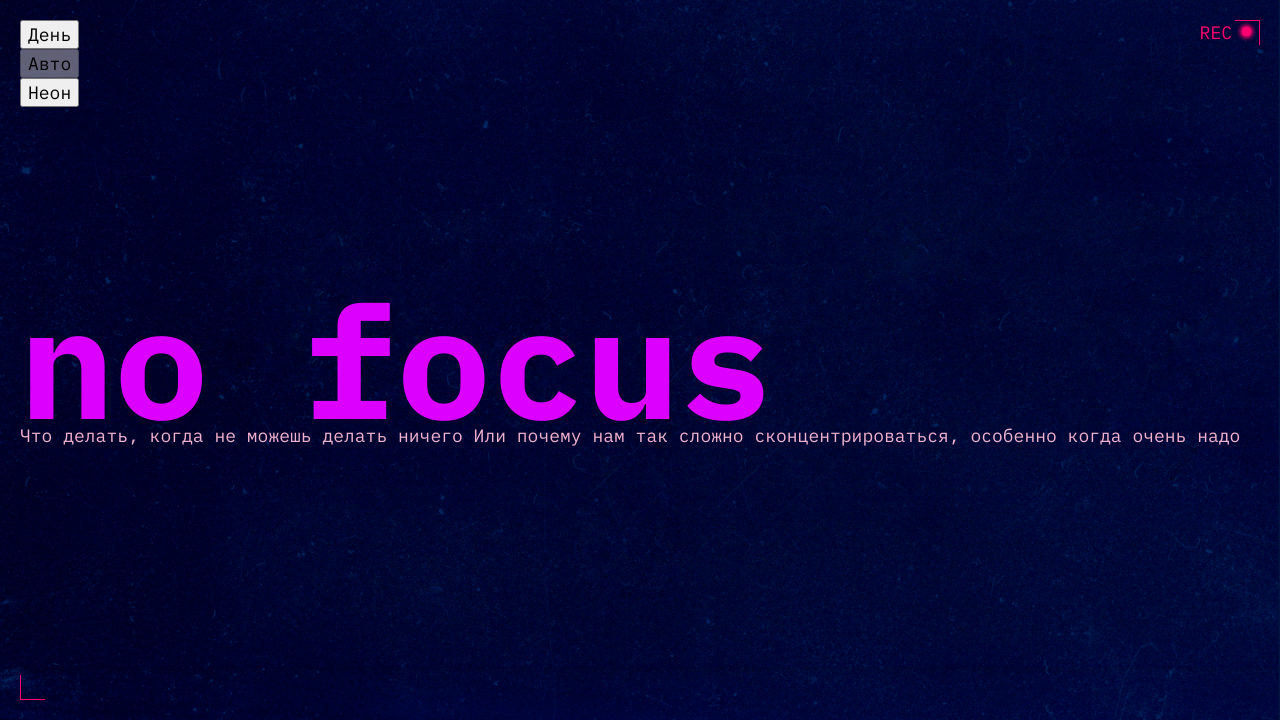
Repository: Hadoooouken/slozhno-sosredotochitsya
Page: index.html
The author's editor kept a copy of each file at every save. The page is drawn from the files as they stood at one save, then again after the next save.
The browser window is 1280 px wide. The pictures show the whole page.

Above is the page before, as saved 2024-01-20 01:15:53.

### index.html
<!DOCTYPE html>
<html lang="ru">
  <head>
    <meta charset="UTF-8" />
    <meta http-equiv="X-UA-Compatible" content="IE=edge" />
    <meta name="viewport" content="width=device-width, initial-scale=1.0" />
    <meta name="color-scheme" content="dark light">
    <link rel="icon" href="images/favicon.svg" sizes="any" />
    <link rel="stylesheet" href="fonts/fonts.css" />
    <link rel="stylesheet" href="styles/globals.css" />
    <link rel="stylesheet" href="./styles/variables.css" />
    <link rel="stylesheet" href="scripts/script.js" />
    <link rel="stylesheet" href="./styles/style.css" />
    <link rel="stylesheet" href="./styles/dark.css" />
    <link rel="stylesheet" href="./styles/light.css" />
    <title>Сложно сосредоточиться</title>
  </head>
  <body class="page">
    <header class="header decorated-zone">
      <div class="decoration__element" aria-hidden="true"></div>
      <nav class="header__theme-menu">
        <ul class="header__theme-menu-list">
          <li class="header__theme-menu-item">
            <button
              class="header__theme-menu-button header__theme-menu-button_type_light"
            >
              День
            </button>
          </li>
          <li class="header__theme-menu-item">
            <button
              class="header__theme-menu-button header__theme-menu-button_active header__theme-menu-button_type_auto"
              disabled
            >
              Авто
            </button>
          </li>
          <li class="header__theme-menu-item">
            <button
              class="header__theme-menu-button header__theme-menu-button_type_dark"
            >
              Неон
            </button>
          </li>
        </ul>
      </nav>
      <h1 class="header__title">no focus</h1>
    <p class="header__text">Что делать, когда не можешь делать ничего Или почему нам так сложно сконцентрироваться, особенно когда очень надо
      </p>

    </header>

    <script src="./scripts/script.js"></script>
  </body>
</html>

### styles/variables.css
:root {/*
  Переменные для вашего проекта
  и их переопределение под различные устройства
*/
--main-font:'IBM Plex mono';
--title-color:#DB00FF;
--subtitle-color:#000028;
--text-color: #F1B2CE;
--section-title: #FF0070;


}

### scripts/script.js
const themeButtons = document.querySelectorAll('.header__theme-menu-button');

themeButtons.forEach((button) => {
  button.addEventListener('click', () => {
    themeButtons.forEach((btn) => {
      btn.classList.remove('header__theme-menu-button_active');
      btn.removeAttribute('disabled');
    });
    if (
      [...button.classList].includes('header__theme-menu-button_type_light')
    ) {
      changeTheme('light');
    } else if (
      [...button.classList].includes('header__theme-menu-button_type_dark')
    ) {
      changeTheme('dark');
    } else {
      changeTheme('auto');
    }
    button.classList.add('header__theme-menu-button_active');
    button.setAttribute('disabled', true);
  });
});

function changeTheme(theme) {
  document.body.className = 'page';
  document.body.classList.add(`theme_${theme}`);
  localStorage.setItem('theme', theme);
}

function initTheme() {
  const theme = localStorage.getItem('theme');
  if (theme) {
    changeTheme(theme);
    themeButtons.forEach((btn) => {
      btn.classList.remove('header__theme-menu-button_active');
      btn.removeAttribute('disabled');
    });
    document
      .querySelector(`.header__theme-menu-button_type_${theme}`)
      .classList.add('header__theme-menu-button_active');
    document
      .querySelector(`.header__theme-menu-button_type_${theme}`)
      .setAttribute('disabled', true);
  }
}

initTheme();

### styles/style.css
/* Основные стили проекта. Это стили для темы, которую вы верстаете первой. */

.page {
  /* сохраните в разметке и стилях класс page. На его основе работает скрипт. */

  background-color: #000028;
  background-image: url(/images/cover-image-dark.png);
  background-attachment: fixed;
  background-position: center;
  background-size: cover;
  font-family: "IBM Plex mono";
  font-size: 18px;
}

.header {
  position: relative;
  block-size: 100vh;
  min-height: 375px;
  height: 100vh;
  padding: 20px;
  display: grid;
  grid-template-rows: 1fr min-content 1fr;


}

.decorated-zone::before {
  content: "";
  position: absolute;
  border-top: 1px solid #ff0070;
  border-right: 1px solid #ff0070;
  right: 20px;
  top: 20px;
  width: 25px;
  height: 25px;
}

.decorated-zone::after {
  content: "";
  position: absolute;
  border-bottom: 1px solid #ff0070;
  border-left: 1px solid #ff0070;
  left: 20px;
  bottom: 20px;
  width: 25px;
  height: 25px;
}
.decoration__element {
  position: absolute;
  right: 48px;
  top: 21px;
}

.decoration__element::before {
  content: "REC";
  color: #ff0070;
  font-family: inherit;
  display: inline-block;
}

.decoration__element::after {
  content: "";
  background-color: #ff0070;
  width: 9px;
  height: 9px;
  border-radius: 4px;
  display: inline-block;
  box-shadow: 0px 0px 4px 2px #ff0070;
  top: 6px;
  left: 42px;
  position: absolute;
}

.header__title {
  font-family: var(--main-font);
  font-size: clamp(7.5rem, 0.5625rem + 14.4531vw, 9.8125rem);
  text-shadow: 10px 10px 10px 10px;
  color: var(--title-color);
  line-height: 82.5%; /* 129.525px */
}

.header__text {
  color: var(--text-color);
}




.header__theme-menu-list {
  display: grid;
  grid-template-columns: 4;
}

### styles/dark.css
/*
  Специально для тёмной темы при наличии класса,
  здесь окажутся стили, которые нужно переопределить принудительно,
  переключая тему
*/

.page.theme_dark {
  /* сохраните этот селектор в приведённом виде.
    Так стили написанные ниже будут иметь больший вес,
    чем стили в медиазапросе предпочтений пользователя
  */
--main-font:'IBM Plex mono';
--title-color:#DB00FF;
--subtitle-color:#000028;
--text-color: #F1B2CE;
--section-title: #FF0070;

}

Loaded but not shown: fonts/fonts.css (common file); styles/globals.css (common file); styles/light.css (common file)

After the next save:
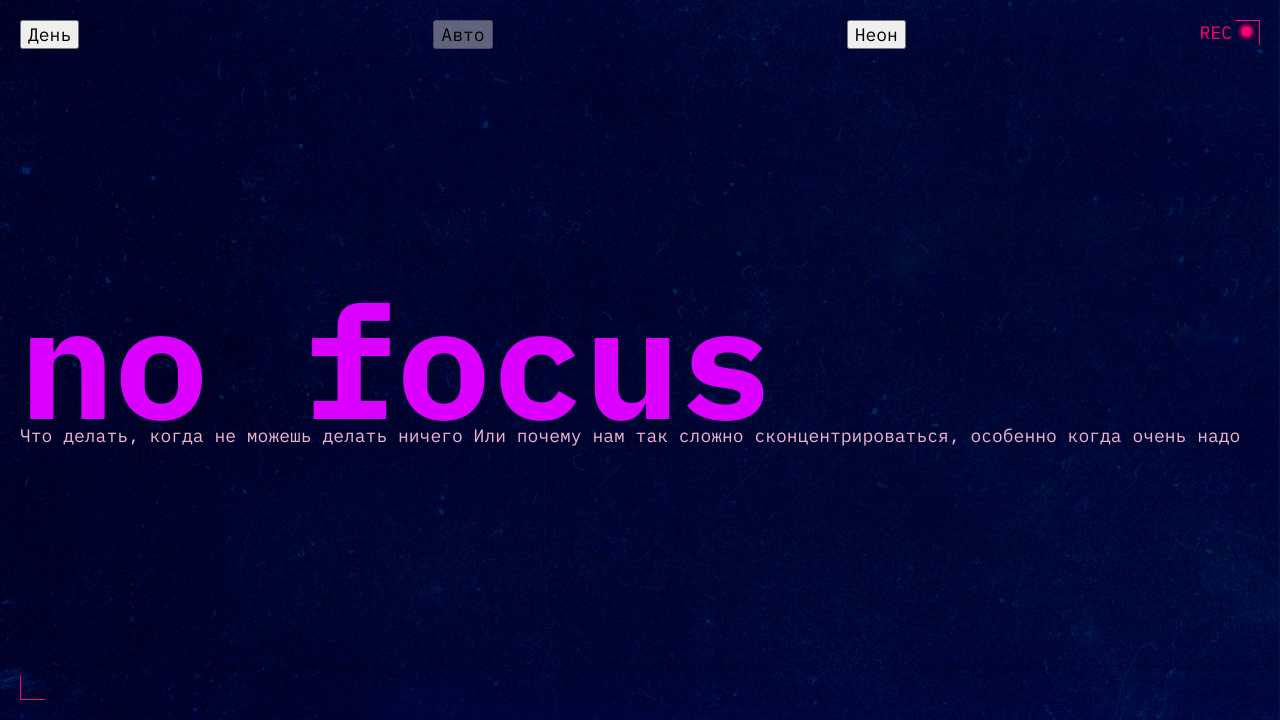
Saved 2 min 17 s later.
--- a/styles/style.css
+++ b/styles/style.css
@@ -88,5 +88,5 @@
 
 .header__theme-menu-list {
   display: grid;
-  grid-template-columns: 4;
+  grid-template-columns: 1fr 1fr 1fr;
 }

After the 5 saves that followed:
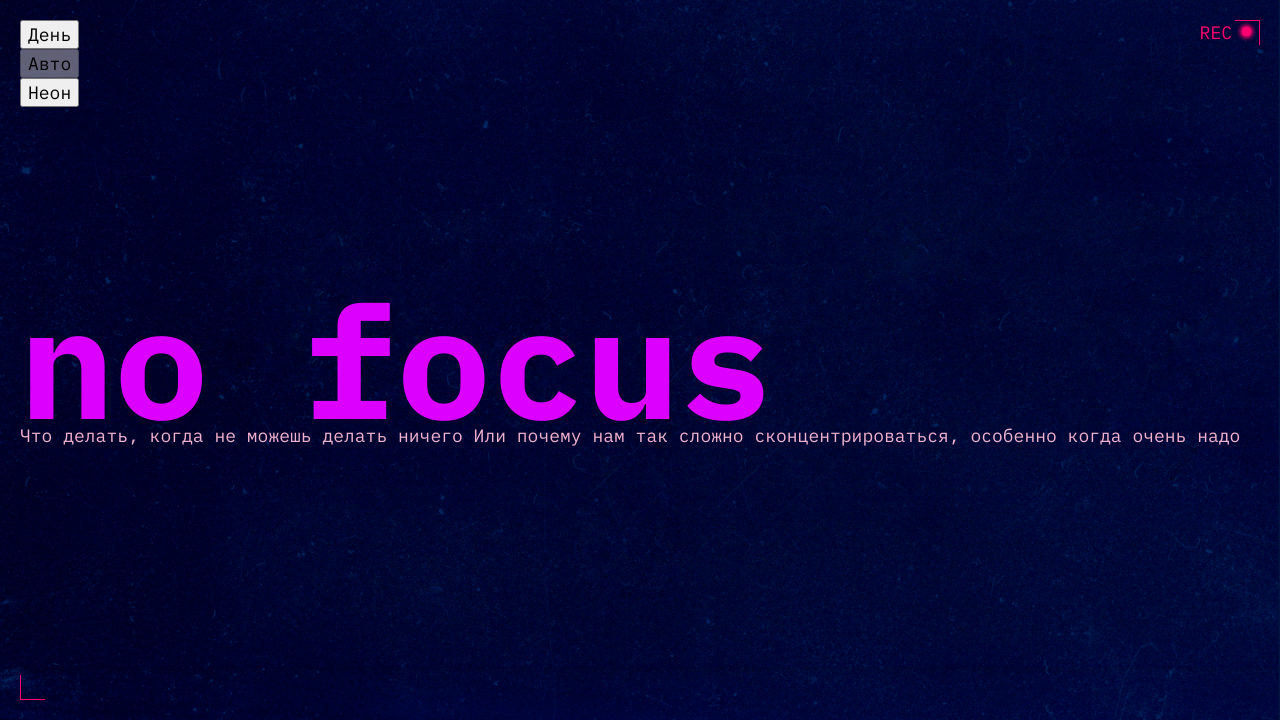
The 5 saves are shown as one change because 1 left the picture as it was and some came seconds apart.
The last was saved 110 s later.
--- a/styles/style.css
+++ b/styles/style.css
@@ -87,6 +87,5 @@
 
 
 .header__theme-menu-list {
-  display: grid;
-  grid-template-columns: 1fr 1fr 1fr;
+
 }
